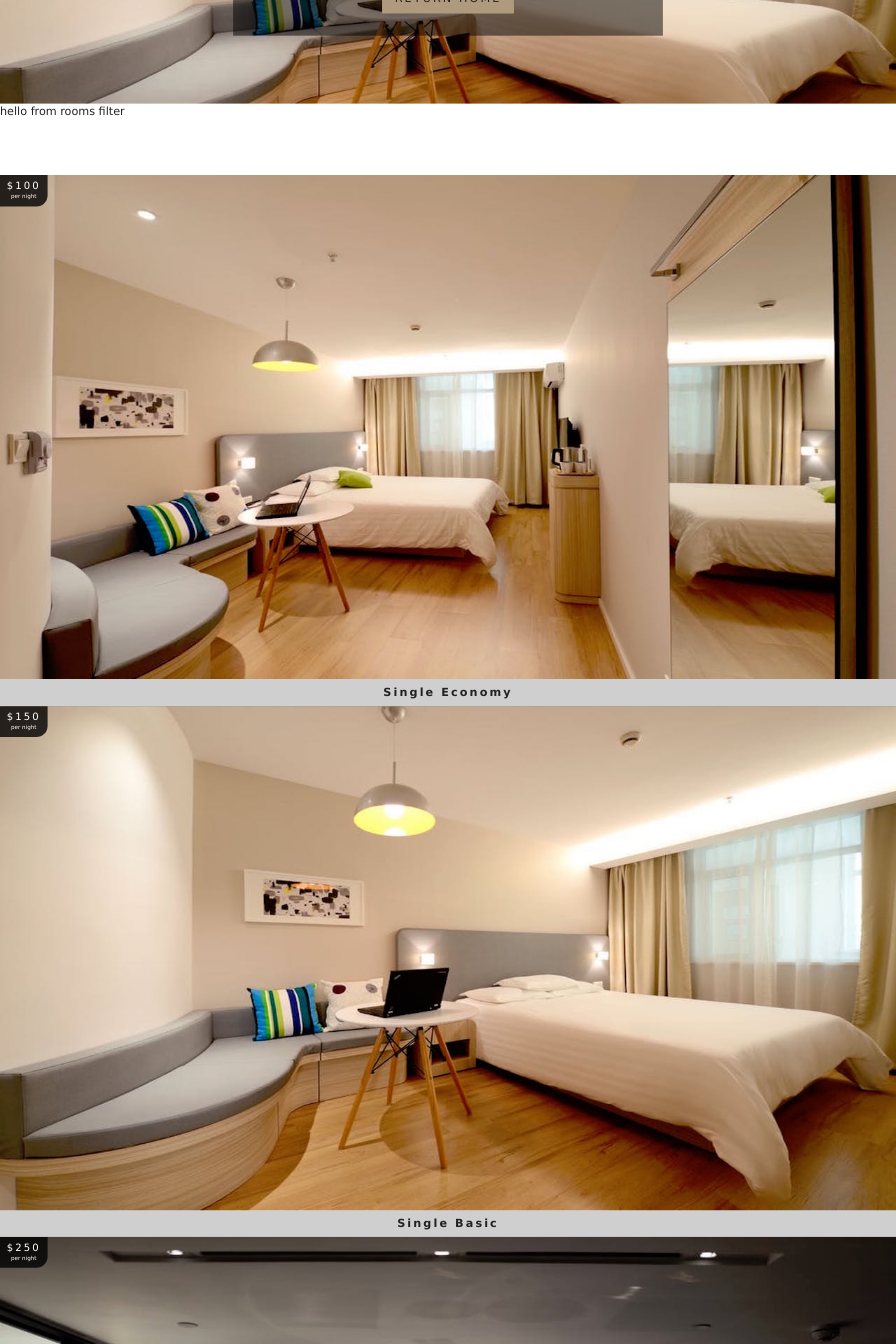
Repository: thanhn379/react-beach-resort
Page: /rooms
These files come from the project's save history. The page is drawn as it stood at one moment and after the next save; the edit follows.
The browser window is 1280 px wide. The pictures show the part of the page from y = 350 to 2270 px (the page is 10539 px tall before and 1537 px after), at 70% of full size.
The project was rebuilt for these pictures with package versions that can differ from the ones it lists, and the page was loaded fresh each time. Also part of the build but not shown: src/components/Title.js, src/components/Services.js, src/components/FeaturedRooms.js, src/pages/Home.js, src/components/StyledHero.js, src/pages/SingleRoom.js, src/pages/Error.js.

Above is the page before, as saved 2019-11-18 12:15:36.

### public/index.html
<!DOCTYPE html>
<html lang="en">
  <head>
    <meta charset="utf-8" />
    <link rel="icon" href="%PUBLIC_URL%/favicon.ico" />
    <meta name="viewport" content="width=device-width, initial-scale=1" />
    <meta name="theme-color" content="#000000" />
    <meta
      name="description"
      content="Web site created using create-react-app"
    />
    <link rel="apple-touch-icon" href="logo192.png" />
    <!--
      manifest.json provides metadata used when your web app is installed on a
      user's mobile device or desktop. See https://developers.google.com/web/fundamentals/web-app-manifest/
    -->
    <link rel="manifest" href="%PUBLIC_URL%/manifest.json" />
    <!--
      Notice the use of %PUBLIC_URL% in the tags above.
      It will be replaced with the URL of the `public` folder during the build.
      Only files inside the `public` folder can be referenced from the HTML.

      Unlike "/favicon.ico" or "favicon.ico", "%PUBLIC_URL%/favicon.ico" will
      work correctly both with client-side routing and a non-root public URL.
      Learn how to configure a non-root public URL by running `npm run build`.
    -->
    <title>Resort recording</title>
  </head>
  <body>
    <noscript>You need to enable JavaScript to run this app.</noscript>
    <div id="root"></div>
    <!--
      This HTML file is a template.
      If you open it directly in the browser, you will see an empty page.

      You can add webfonts, meta tags, or analytics to this file.
      The build step will place the bundled scripts into the <body> tag.

      To begin the development, run `npm start` or `yarn start`.
      To create a production bundle, use `npm run build` or `yarn build`.
    -->
  </body>
</html>

### src/index.js
import React from "react";
import ReactDOM from "react-dom";
import { BrowserRouter as Router } from "react-router-dom";
// import './index.css';
import App from "./App";
import * as serviceWorker from "./serviceWorker";
import { RoomProvider } from "./context";

ReactDOM.render(
  <RoomProvider>
    <Router>
      <App />
    </Router>
  </RoomProvider>,
  document.getElementById("root")
);

// If you want your app to work offline and load faster, you can change
// unregister() to register() below. Note this comes with some pitfalls.
// Learn more about service workers: https://bit.ly/CRA-PWA
serviceWorker.unregister();

### src/App.js
import React from "react";
import "./App.css";

import NavBar from "./components/NavBar";

import Home from "./pages/Home";
import Rooms from "./pages/Rooms";
import SingleRoom from "./pages/SingleRoom";
import Error from "./pages/Error";

import { Route, Switch } from "react-router-dom";

function App() {
  return (
    <>
      <NavBar />
      <Switch>
        <Route exact path="/" component={Home} />
        <Route exact path="/rooms/" component={Rooms} />
        <Route exact path="/rooms/:slug/" component={SingleRoom} />
        <Route component={Error} />
      </Switch>
    </>
  );
}

export default App;

### src/context.js
import React, { Component } from "react";
import items from "./data";

const RoomContext = React.createContext();

class RoomProvider extends Component {
  state = { rooms: [], sortedRooms: [], featuredRooms: [], loading: true };

  //getData

  componentDidMount() {
    // this.getData
    let rooms = this.formatData(items);
    let featuredRooms = rooms.filter(room => room.featured === true);

    this.setState({ rooms, featuredRooms, sortedRooms: rooms, loading: false });
  }

  formatData(items) {
    let tempItems = items.map(item => {
      let id = item.sys.id;
      let images = item.fields.images.map(image => image.fields.file.url);

      let room = { ...item.fields, images, id };

      return room;
    });

    return tempItems;
  }

  getRoom = slug => {
    let tempRooms = [...this.state.rooms];
    const room = tempRooms.find(room => room.slug === slug);
    return room;
  };

  render() {
    return (
      <RoomContext.Provider value={{ ...this.state, getRoom: this.getRoom }}>
        {this.props.children}
      </RoomContext.Provider>
    );
  }
}

const RoomConsumer = RoomContext.Consumer;

export function withRoomConsumer(Component) {
  return function consumerWrapper(props) {
    return (
      <RoomConsumer>
        {value => <Component {...props} context={value} />}
      </RoomConsumer>
    );
  };
}

export { RoomProvider, RoomConsumer, RoomContext };

### src/components/NavBar.js
import React, { Component } from "react";
import Logo from "../images/logo.svg";
import { FaAlignRight } from "react-icons/fa";
import { Link } from "react-router-dom";

export default class NavBar extends Component {
  state = {
    isOpen: false
  };
  handleToggle = () => {
    this.setState({ isOpen: !this.state.isOpen });
  };
  render() {
    return (
      <nav className="navbar">
        <div className="nav-center">
          <div className="nav-header">
            <Link to="/">
              <img src={Logo} alt="Beach Resort" />
            </Link>
            <button
              type="button"
              className="nav-btn"
              onClick={this.handleToggle}
            >
              <FaAlignRight className="nav-icon" />
            </button>
          </div>
          <ul
            className={this.state.isOpen ? "nav-links show-nav" : "nav-links"}
          >
            <li>
              <Link to="/">Home</Link>
            </li>
            <li>
              <Link to="/rooms">Rooms</Link>
            </li>
          </ul>
        </div>
      </nav>
    );
  }
}

### src/pages/Rooms.js
import React from "react";
import Hero from "../components/Hero";
import Banner from "../components/Banner";
import { Link } from "react-router-dom";
import RoomContainer from "../components/RoomContainer";

const Rooms = () => {
  return (
    <>
      <Hero hero="roomsHero">
        <Banner title="our rooms">
          <Link to="/" className="btn-primary">
            return home
          </Link>
        </Banner>
      </Hero>

      <RoomContainer />
    </>
  );
};

export default Rooms;

### src/components/RoomContainer.js
import React from "react";
import RoomFilter from "./RoomFilter";
import RoomList from "./RoomList";
import { withRoomConsumer } from "../context";
import Loading from "./Loading";

function RoomContainer({ context }) {
  const { loading, sortedRooms, rooms } = context;
  if (loading) {
    return <Loading />;
  }

  return (
    <>
      <RoomFilter rooms={rooms} />
      <RoomList rooms={sortedRooms} />
    </>
  );
}

export default withRoomConsumer(RoomContainer);

// import React from "react";
// import RoomFilter from "./RoomFilter";
// import RoomList from "./RoomList";
// import { RoomConsumer } from "../context";
// import Loading from "./Loading";

// export default function RoomContainer() {
//   return (
//     <RoomConsumer>
//       {value => {
//         const { loading, sortedRooms, rooms } = value;
//         if (loading) {
//           return <Loading />;
//         }

//         return (
//           <div>
//             hello from rooms container
//             <RoomFilter rooms={rooms} />
//             <RoomList rooms={sortedRooms} />
//           </div>
//         );
//       }}
//     </RoomConsumer>
//   );
// }

### src/components/Loading.js
import React from "react";
import loadingGif from "../images/gif/loading-arrow.gif";

export default function Loading() {
  return (
    <div className="loading">
      <h4>rooms data loading ...</h4>
      <img src={loadingGif} alt="" />
    </div>
  );
}

### src/components/Room.js
import React from "react";
import { Link } from "react-router-dom";
import defaultImg from "../images/room-1.jpeg";
import PropTypes from "prop-types";

export default function Room({ room }) {
  let { name, slug, images, price } = room;

  return (
    <article className="room">
      <div className="img-container">
        <img src={images[0] || defaultImg} alt="single room" />
        <div className="price-top">
          <h6>${price}</h6>
          <p>per night</p>
        </div>
        <Link to={`/rooms/${slug}`} className="btn-primary room-link">
          Features
        </Link>
      </div>
      <p className="room-info">{name}</p>
    </article>
  );
}

Room.propTypes = {
  room: PropTypes.shape({
    name: PropTypes.string.isRequired,
    slug: PropTypes.string.isRequired,
    images: PropTypes.arrayOf(PropTypes.string).isRequired,
    price: PropTypes.number.isRequired
  })
};

### src/components/RoomFilter.js
import React from 'react'

export default function RoomsFilter() {
  return (
    <div>
      hello from rooms filter
    </div>
  )
}

### src/components/RoomList.js
import React from "react";
import Room from "./Room";

export default function RoomsList({ rooms }) {
  if (rooms.length === 0) {
    return (
      <div className="empty-search">
        <h3>unfortunately no rooms matched search parameters</h3>
      </div>
    );
  }
  return (
    <section className="roomslist">
      <div className="roomlisr">
        {rooms.map(item => {
          return <Room key={item.id} room={item} />;
        })}
      </div>
    </section>
  );
}

Loaded but not shown: src/serviceWorker.js (common file); src/App.css (common file); src/components/Hero.js (common file); src/components/Banner.js (common file); src/data.js (760 lines, source omitted)

After the next save:
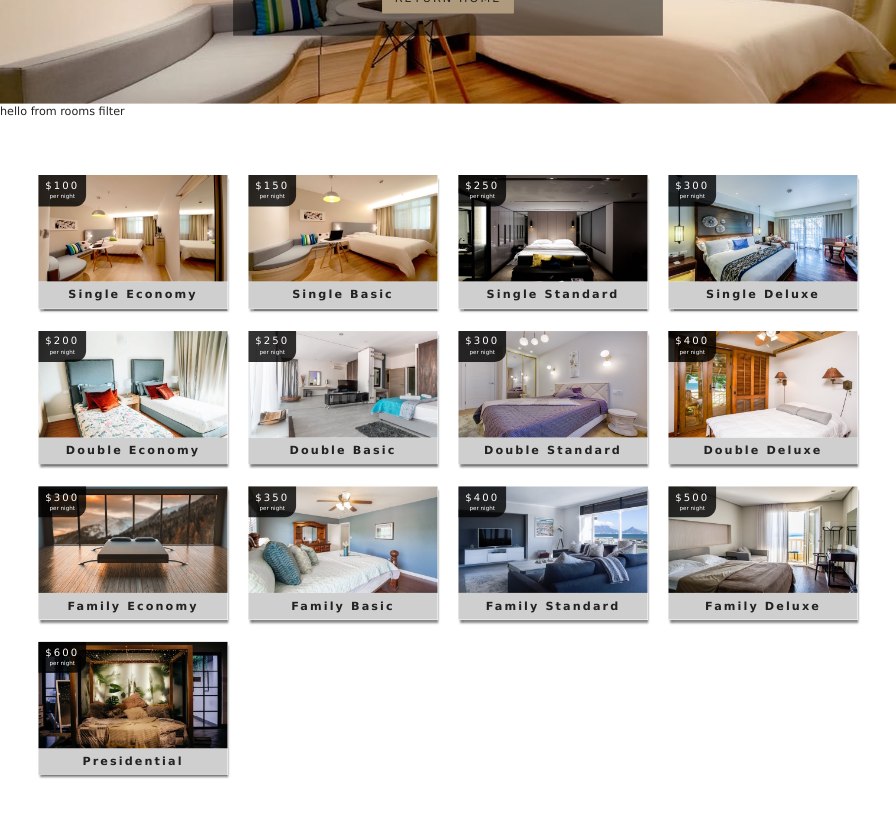
Saved 81 s later.
--- a/src/components/RoomList.js
+++ b/src/components/RoomList.js
@@ -11,7 +11,7 @@ export default function RoomsList({ rooms }) {
   }
   return (
     <section className="roomslist">
-      <div className="roomlisr">
+      <div className="roomslist-center">
         {rooms.map(item => {
           return <Room key={item.id} room={item} />;
         })}
